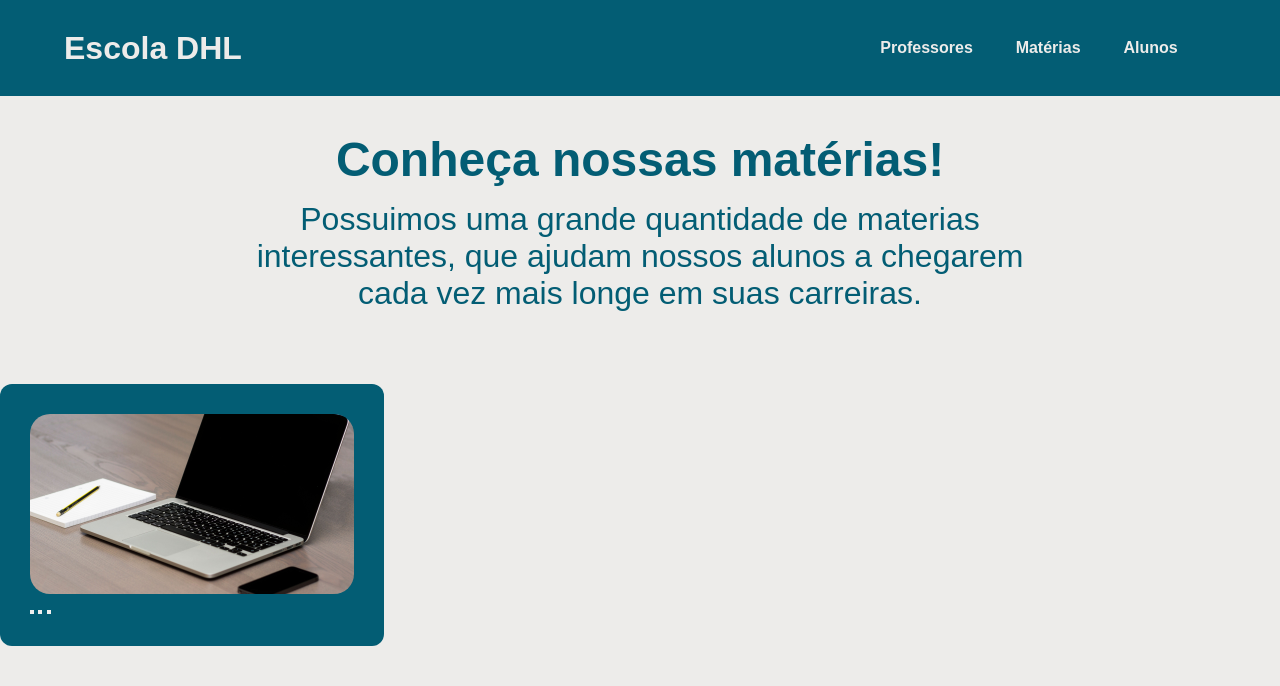
Repository: SirHick/sa-sistema-escola-DHL
Page: front/materias.html
These files come from the project's save history. The page is drawn as it stood at one moment and after the next save; the edit follows.
The browser window is 1280 px wide. The pictures show the whole page.

Above is the page before, as saved 2026-07-17 16:36:04.

### front/materias.html
<!DOCTYPE html>
<html lang="pt-br">
<head>
    <meta charset="UTF-8">
    <meta name="viewport" content="width=device-width, initial-scale=1.0">
    <title>Matérias</title>
    <link rel="stylesheet" href="style.css">
</head>
<body>
    <header>

        <a href="index.html"><h1>Escola DHL</h1></a>

        <nav>
            <a href="">Professores</a>
            <a href="">Matérias</a>
            <a href="">Alunos</a>
        </nav>
    </header>


    <section class = "main-text">
            <h2>Conheça nossas matérias!</h2>

            <p>Possuimos uma grande quantidade de materias interessantes, que
                ajudam nossos alunos a chegarem cada vez mais longe em suas carreiras.
            </p>
    </section>

    <section class = "image-with-buttons">
        <img src="images/laptop.jpg" alt="Um laptop com um caderno e um celular ao lado">

        <button></button>
        <button></button>
        <button></button>
    </section>




    <script src="script.js"></script>
</body>
</html>

### front/style.css
*{
    margin: 0;
    padding: 0;
    box-sizing: border-box;
    object-fit: cover;
    font-family: 'Nunito', sans-serif;
}


body{
    background: #EDECEA;
}


/* ESTILIZAÇÃO PARA A PÁGINA INICIAL*/
.landing-page{
    display: flex;
}


header{
    background: #035D74;
    width: 100vw;
    height: 6rem;
    max-height: 8rem;
    display: grid;
    grid-template-columns: 1fr 1fr;
    align-items: center;
    padding-left: 5vw;
    padding-right: 5vw;
}

header a {
    color: #EDECEA;
    text-decoration: none;
    font-style: none;
}

header nav{
    justify-self: end;

}

header nav a{
    text-decoration: none;
    color: #EDECEA;
    font-weight: 700;
    margin-right: 3vw;
}

.hero-section{
    justify-self: center;
    background-color: #035D74;
    margin-top: 10vh;
    display: grid;
    grid-template-columns: auto auto auto;
    gap: 10px;
    border-radius:12px;
    padding: 30px;
}

.hero-section img{
    width: 15vw;
    border-radius: 20px;
}

.main-text h2{
    margin-bottom: 2vh;
}

.main-text{
    margin-bottom: 3vh;
    color: #035D74;
    text-align: center;
    margin-top: 5vh;
    font-size: 2rem;
    max-width: 60vw;
    justify-self: center;
}


/* ESTILIZAÇÃO PARA A PÁGINA DOS PROFESSORES*/

.image-with-buttons{
    background-color: #035D74;
    margin-top: 10vh;
    border-radius:12px;
    padding: 30px;
    max-width: 30vw;
}

.image-with-buttons img{
    width: 100%;
    height: 25vh;
    border-radius: 20px;
}

Loaded but not shown: front/script.js (no stored copy; drawn as an empty file)

After the next save:
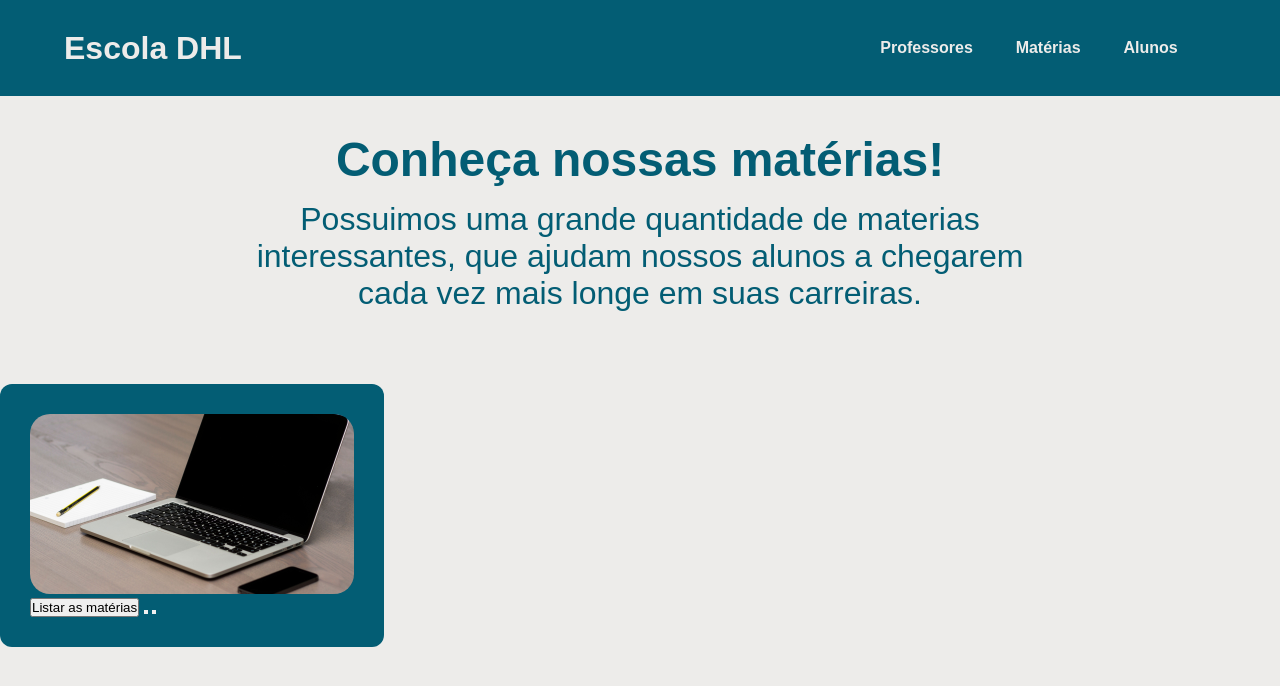
Saved 15 s later.
--- a/front/materias.html
+++ b/front/materias.html
@@ -30,7 +30,7 @@
     <section class = "image-with-buttons">
         <img src="images/laptop.jpg" alt="Um laptop com um caderno e um celular ao lado">
 
-        <button></button>
+        <button>Listar as matérias</button>
         <button></button>
         <button></button>
     </section>
